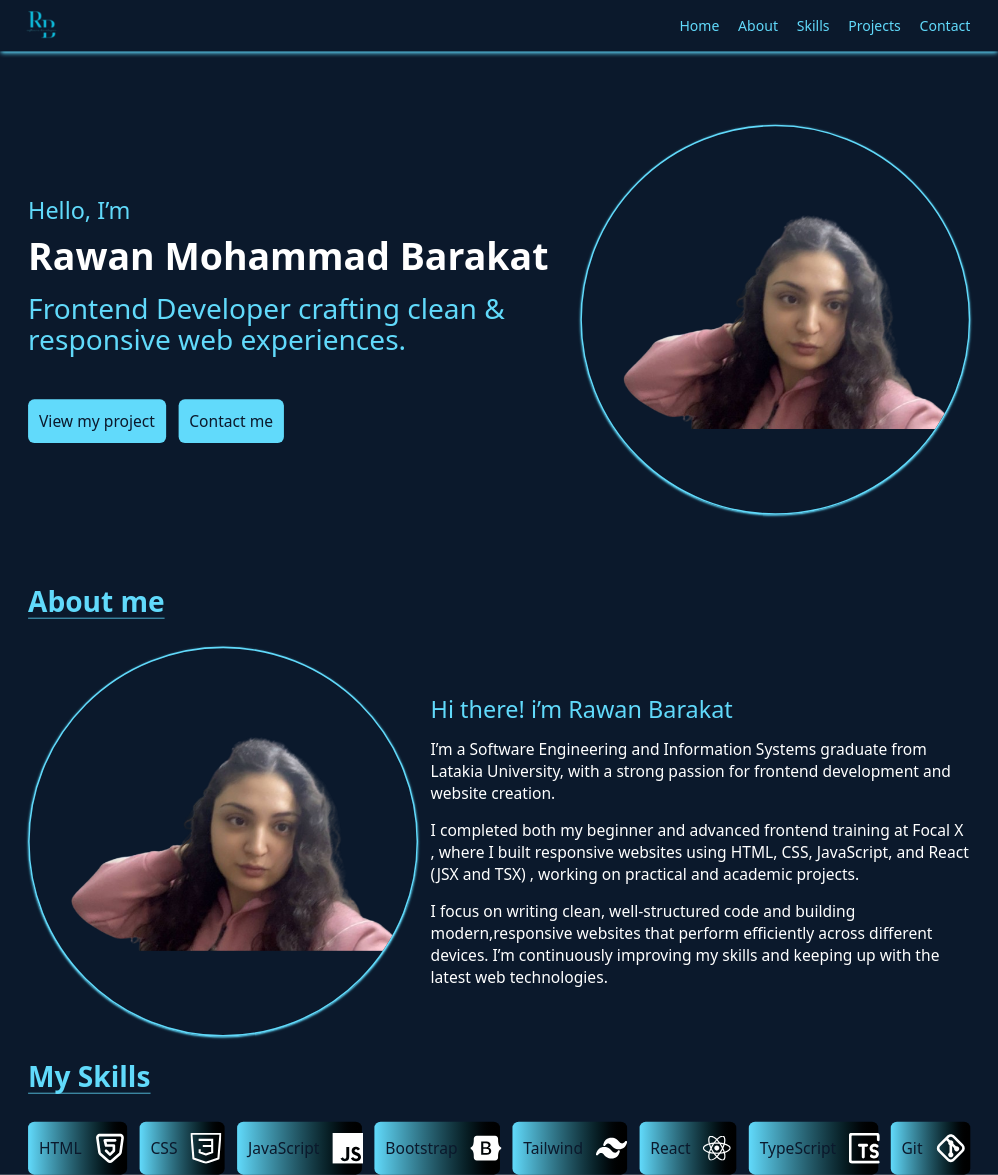
Repository: RawanBarakat-hub/portfolio
Page: /
An editor plug-in stored every save of this project. The page is shown before and after a run of saves, followed by the edit.
The browser window is 1280 px wide. The pictures show the whole page, at 78% of full size.
The project was rebuilt for these pictures with package versions that can differ from the ones it lists, and the page was loaded fresh each time. Also part of the build but not shown: vite.config.ts.

Above is the page before, as saved 2026-02-20 09:30:15.

After the next 3 saves:
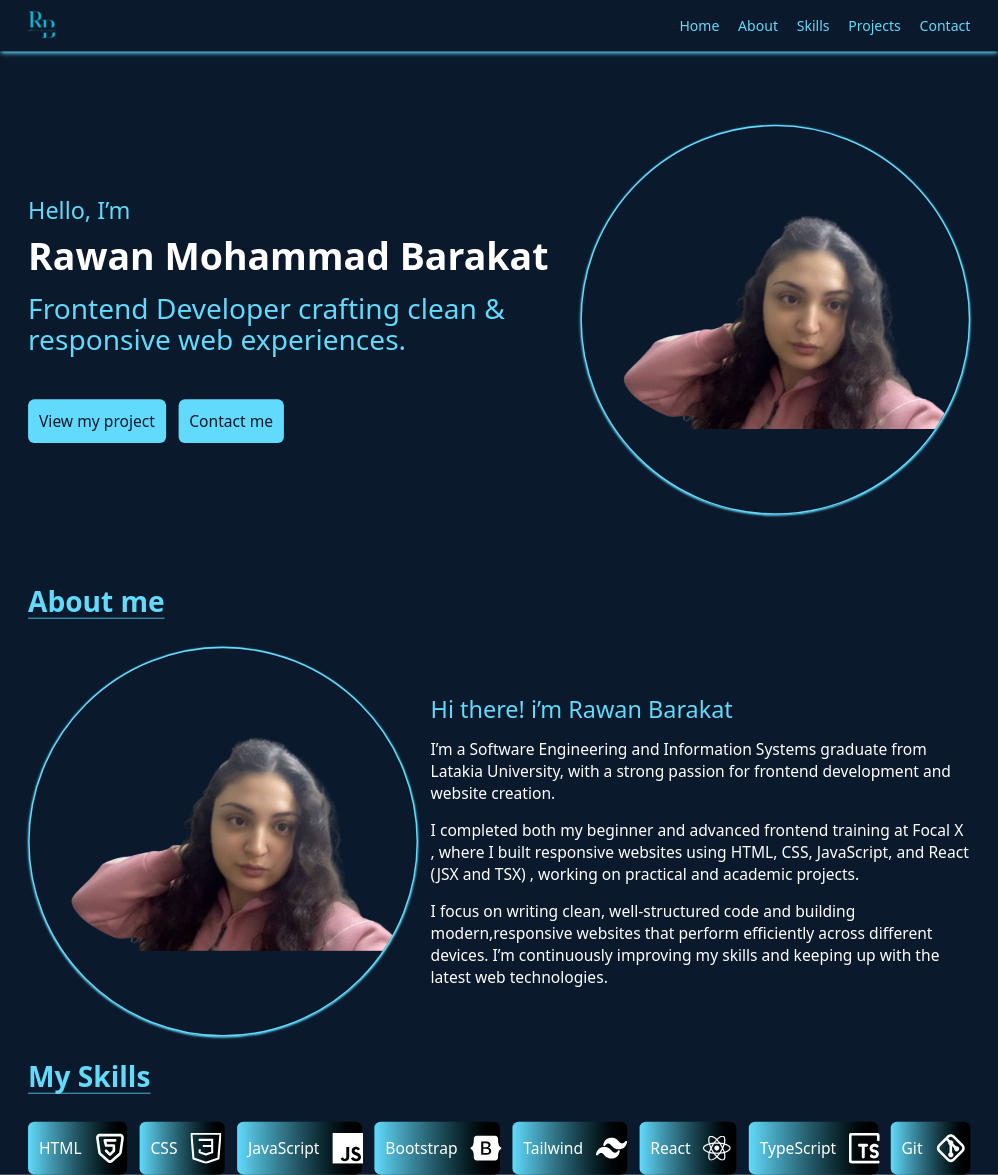
The 3 saves are shown as one change because they came seconds apart.
The last was saved 8 s later.
--- a/src/components/LinkBtn.tsx
+++ b/src/components/LinkBtn.tsx
@@ -2,7 +2,7 @@ import { Link } from 'react-router-dom'
 import { type LinkProps } from '../interfaces'
 const LinkBtn = ({url,text,image}:LinkProps) => {
     return (
-            <Link className={`${image?"bg-linear-to-r from-primary-color to-black font-medium  hover:scale-120":
+            <Link className={`${image?"text-white bg-linear-to-r from-primary-color to-black font-medium  hover:scale-120":
                 "bg-primary-color hover:bg-hover-color"}
             text-xl text-background-color p-3.5 rounded-lg w-fit flex items-center
             gap-4 transition-all`} to={url}>{text}
